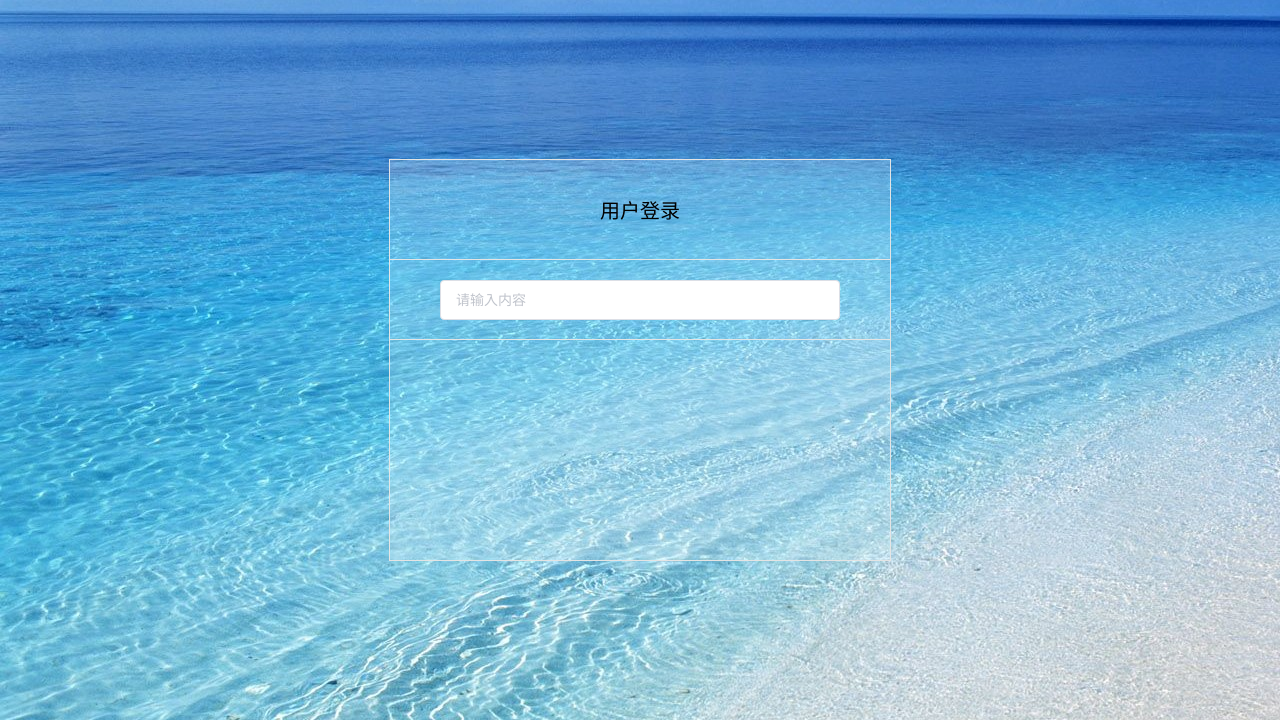
Repository: jinggegeZ/livechat
Page: /login
These files come from the project's save history. The page is drawn as it stood at one moment and after the next save; the edit follows.
The browser window is 1280 px wide. The pictures show the whole page.
The project was rebuilt for these pictures with package versions that can differ from the ones it lists, and the page was loaded fresh each time. Also part of the build but not shown: src/views/Home.vue.

Above is the page before, as saved 2020-08-17 15:10:08.

### src/main.js
import Vue from 'vue'
import App from './App.vue'
import router from './router'
import store from './store'
import ElementUI from 'element-ui';
import 'element-ui/lib/theme-chalk/index.css';

Vue.config.productionTip = false
Vue.use(ElementUI);
new Vue({
  router,
  store,
  render: h => h(App)

}).$mount('#app')

### src/App.vue
<template>
  <div id="app">

    <router-view/>
  </div>
</template>

<style lang="scss">
@import'../src/style/commoent'

</style>

### src/router/index.js
import Vue from 'vue'
import VueRouter from 'vue-router'
import Home from '../views/Home.vue'

Vue.use(VueRouter)

  const routes = [
  {
    path: '/',
    name: 'Home',
    component: Home
  },
  {
    path: '/login',
    name: 'login',
    component: () => import('../views/login.vue')
  }
]

const router = new VueRouter({
  mode: 'history',
  base: process.env.BASE_URL,
  routes
})

export default router

### src/style/commoent.css
*{
    margin: 0;
    padding: 0;
  }
  html {
    width: 100%;
    height: 100%;
  }
  #app {
    width: 100%;
    height: 100%;
  }
  body {
    width: 100%;
    height: 100%;
  }

### src/views/login.vue
<template>
 <div class="content">
    <div class="content-c">
          <div class="loginbox">
          <!-- 用户登录 -->
          <div class="username">
            用户登录
          </div>
          <!-- 用户名 -->
          <div class="input">
            <div class="inputbox"><el-input v-model="username" placeholder="请输入内容"></el-input></div>
          </div>
          <!-- 选择头像 -->
          <div></div>
          </div>
    </div>
 </div>
</template>

<script>
 export default {
   name: '',
   props: {
   },
   components: {

   },
   data () {
     return {
       username:''
     }
   },
   methods: {

   },
   mounted() {

   },
   watch: {

   },
   computed: {

   }
 }
</script>

<style scoped>
.content {
  width: 100%;
  height: 100%;
  display: flex;
  justify-content: center;
  align-items: center;
  background: url('../../public/image/02a28d595dea30839eeaa0fdd15dfce2.jpg') no-repeat;
  font-size: 20px;
}
.content-c {
  width: 100%;
  display: flex;
  justify-content: center;
  align-items: center;
}
.loginbox {
  width: 500px;
  height: 400px;
  border: 1px solid rgb(228, 228, 228);
  background: rgba(255,255,255,0.2);
}
.username {
  width: 100%;
  height: 99px;
  display: flex;
  justify-content: center;
  align-items: center;
  border-bottom: 1px solid rgb(228, 228, 228);
}
.input {
  width: 100%;
  height: 79px;
  display: flex;
  justify-content: center;
  align-items: center;
  border-bottom: 1px solid rgb(228, 228, 228);
}
.inputbox {
  width: 80%;

}
</style>

Loaded but not shown: public/index.html (common file); src/store/index.js (common file)

After the next save:
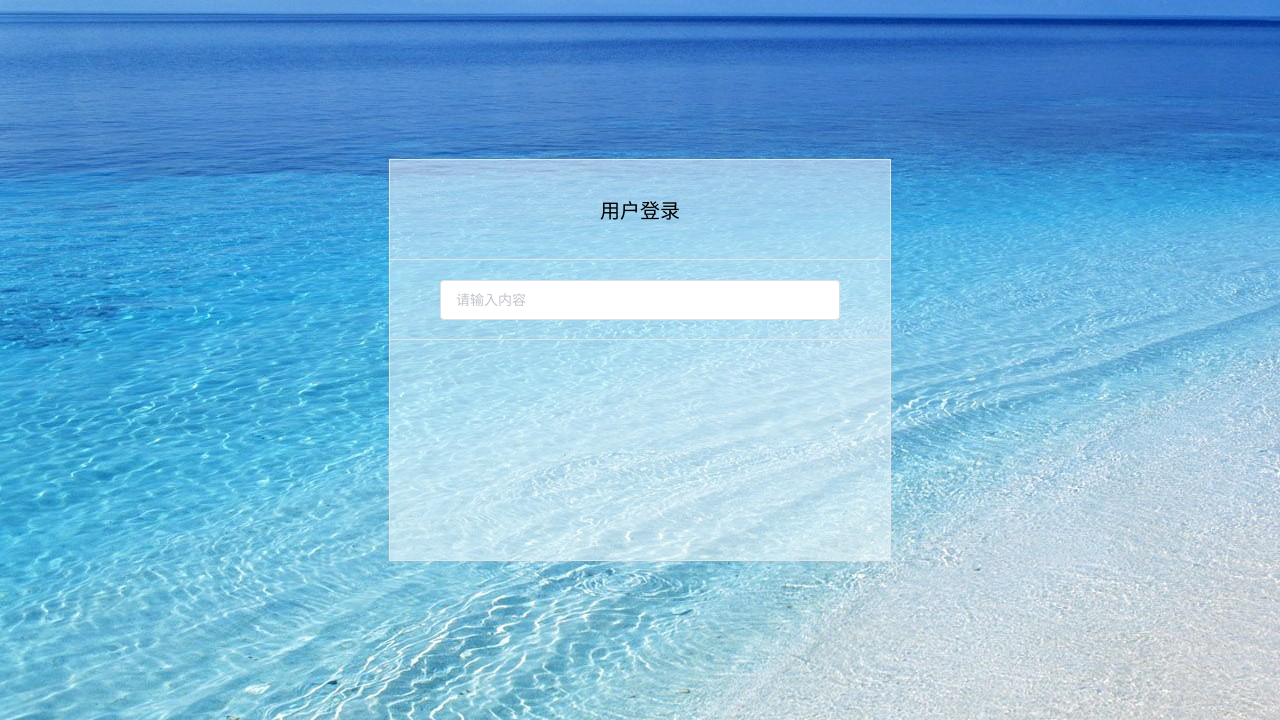
Saved 29 s later.
--- a/src/views/login.vue
+++ b/src/views/login.vue
@@ -65,7 +65,7 @@
   width: 500px;
   height: 400px;
   border: 1px solid rgb(228, 228, 228);
-  background: rgba(255,255,255,0.2);
+  background: rgba(255,255,255,0.5);
 }
 .username {
   width: 100%;
